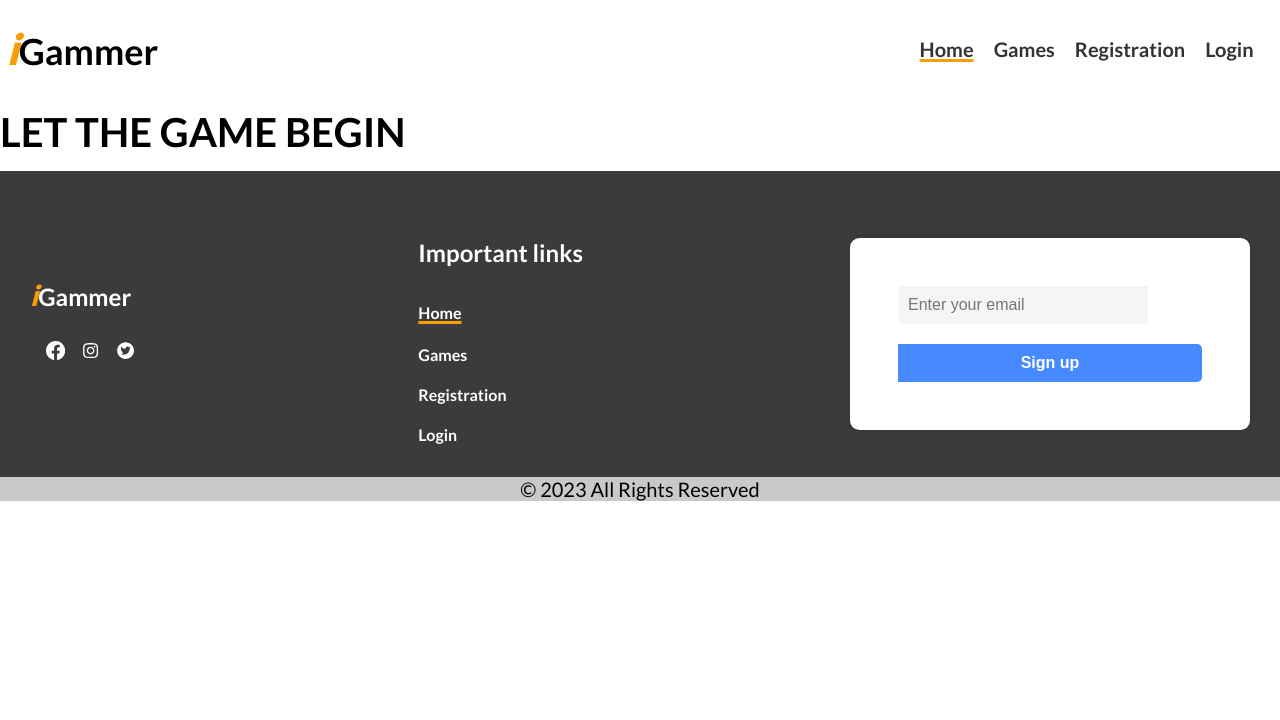
Repository: DannyMyles/iGammer
Page: /
An editor plug-in stored every save of this project. The page is shown before and after the next save, followed by the edit.
The browser window is 1280 px wide. The pictures show the whole page.
The project was rebuilt for these pictures with package versions that can differ from the ones it lists, and the page was loaded fresh each time. Also part of the build but not shown: src/pages/games/games.css, src/pages/games/Games.tsx, src/pages/home/home.css, src/pages/login/Login.tsx, src/pages/playgame/playgame.css, src/pages/playgame/PlayGame.tsx, src/pages/register/register.css, src/pages/register/Register.tsx.

Above is the page before, as saved 2023-03-16 13:20:15.

### public/index.html
<!DOCTYPE html>
<html lang="en">
  <head>
    <meta charset="utf-8" />
    <link rel="icon" href="%PUBLIC_URL%/favicon.ico" />
    <meta name="viewport" content="width=device-width, initial-scale=1" />
    <meta name="theme-color" content="#000000" />
    <meta
      name="description"
      content="Web site created using create-react-app"
    />
    <link rel="apple-touch-icon" href="%PUBLIC_URL%/logo192.png" />

    <link rel="manifest" href="%PUBLIC_URL%/manifest.json" />
    <title>iGammer</title>
  </head>
  <body>
    <div id="root"></div>
  </body>
</html>

### src/index.tsx
import React from "react";
import ReactDOM from "react-dom/client";
import "./index.css";
import App from "./App";
import { BrowserRouter } from "react-router-dom";
const root = ReactDOM.createRoot(
  document.getElementById("root") as HTMLElement
);
root.render(
  <React.StrictMode>
    <BrowserRouter>
      <App />
    </BrowserRouter>
  </React.StrictMode>
);

### src/index.css
@import url('https://fonts.googleapis.com/css2?family=Lato:wght@100;300;400;700;900&display=swap');
* {
	box-sizing: border-box;

}
body {
	margin: 0;
	padding: 0;
	/* background: linear-gradient(#bdc3c7 → #2c3e50); */
	background: linear-gradient(142deg, rgba(0,44,196,1) 5%, rgba(0,180,169,1) 97%)
	align-items: center;
	flex-direction: column;
	font-family: 'Lato', sans-serif;
	line-height: 1.5rem;
	font-size: 20px;
}
.i-word{
	font-style: italic;
	font-size: larger;
	font-weight: 900;
	color: rgb(247, 158, 4);
  }

### src/App.tsx
import { Route, Routes } from "react-router-dom";
import Games from "./pages/games/Games";
import Home from "./pages/home/Home";
import Login from "./pages/login/Login";
import PlayGame from "./pages/playgame/PlayGame";
import Register from "./pages/register/Register";

function App() {
  const handleRegistration = (
    firstName: string,
    lastName: string,
    email: string,
    password: string
  ) => {
    // Handle registration logic here
    console.log(firstName, lastName, email, password);
  };

  const handleSubmit = (email: string, password: string) => {
    // Handle login logic here
    console.log("Email:", email);
    console.log("Password:", password);
  };

  return (
    <Routes>
      <Route path="/" element={<Home />} />
      <Route path="/games" element={<Games />} />
      <Route path="/play" element={<PlayGame />} />
      <Route path="/login" element={<Login onSubmit={handleSubmit} />} />
      <Route
        path="/registration"
        element={<Register onSubmit={handleRegistration} />}
      />
    </Routes>
  );
}

export default App;

### src/pages/home/Home.tsx
import Footer from "../../components/footer/Footer"
import Navbar from "../../components/navbar/Navbar"
import "./home.css"

const Home = () => {
  return (
    <>
      <Navbar />
      <div className="main-home">
      <h1>LET THE GAME BEGIN</h1>
      </div>
      <Footer />
    </>
  )
}

export default Home

### src/components/footer/Footer.tsx
/* eslint-disable jsx-a11y/anchor-is-valid */
import "./footer.css";
import { BsFacebook } from "react-icons/bs";
import { AiOutlineInstagram,AiFillTwitterCircle } from "react-icons/ai";
import { NavLink } from "react-router-dom";
const Footer = () => {
  return (
    <>
      <footer className="footer">
        <div className="logo-side">
          <div className="logo"><span className="i-word">i</span>Gammer</div>
          <div className="social-media">
            <a href="#"> <BsFacebook /></a>
            <a href="#"> <AiOutlineInstagram /> </a>
            <a href="#"><AiFillTwitterCircle/> </a>
          </div>
        </div>
        <div className="important-links">
          <h2>Important links</h2>
          <NavLink to="/" className="nav-link"> Home </NavLink>
          <NavLink to="/games" className="nav-link"> Games </NavLink>
          <NavLink to="/registration" className="nav-link"> Registration </NavLink>
          <NavLink to="/login" className="nav-link"> Login </NavLink>
        </div>
        <div className="signup-footer">
          <form>
            <input type="email" placeholder="Enter your email" />
            <button type="submit">Sign up</button>
          </form>
        </div>
      </footer>
      <div className="copyright">© 2023 All Rights Reserved</div>
    </>
  );
};

export default Footer;

### src/components/navbar/Navbar.tsx
import "./navbar.css";
import { NavLink } from "react-router-dom";

const Navbar = () => {
  return (
    <nav className="nav">
      <div className="main-nav">
        <div className="logo">
          <h1><span className="i-word">i</span>Gammer</h1>
        </div>
        <div className="links">
          <ul className="nav-list">
            <li>
              <NavLink to="/"  className="nav-link">
                Home
              </NavLink>
            </li>
            <li>
              <NavLink to="/games" className="nav-link">
                Games
              </NavLink>
            </li>
            <li>
              <NavLink to="/registration" className="nav-link">
                Registration
              </NavLink>
            </li>
            <li>
              <NavLink to="/login" className="nav-link">
                Login
              </NavLink>
            </li>
          </ul>
        </div>
      </div>
    </nav>
  );
};

export default Navbar;

### src/pages/login/login.css
.login-container {
    display: flex;
    justify-content: center;
    align-items: center;
    height: 100vh;
    background-color: #f2f2f2;
  }
  .login-form h2 {
    margin-bottom: 20px;
    margin-top: 0;
  }
  form {
    display: flex;
    flex-direction: column;
    text-align: left;
    width: 400px;
    padding: 3rem;
    background-color: white;
    border-radius:.6rem;
    box-shadow: 0px 0px 10px rgba(0, 0, 0, 0.1);
}

  label {
    margin-bottom: .5rem;
    font-weight: bold;
    font-size: 1.2rem;
    text-align: left;
  }

  input {
    width: 100%;
    padding: 10px;
    margin-bottom: 20px;
    border-radius: 5px;
    border: none;
    background-color: #f5f5f5;
    font-size: 16px;
  }
  input:focus{
    outline: rgb(253, 252, 252);
    border:1px solid #bebcbc;
  }

  button {
    width: 100%;
    padding: 10px;
    border-radius: 5px;
    border: none;
    background-color: #0077cc;
    color: white;
    font-size: 16px;
    font-weight: bold;
    cursor: pointer;
  }

  button:hover {
    background-color: #0066b3;
  }

### src/components/footer/footer.css
/* Footer styles */
.footer {
    background-color: #3b3b3b;
    color: #fff;
    padding: 30px;
    display: flex;
    flex-wrap: wrap;
    justify-content: space-between;
    font-size: 16px;
    align-items: center;
  }

  .logo-side {
    display: flex;
    flex-direction: column;
    flex-wrap: wrap;
    align-items: center;
    gap: 2rem;
  }

  .logo {
    font-weight: bold;
    font-size: 24px;
    margin-right: 20px;
  }

  .social-media {
    display: flex;
    gap: 1rem;
  }

  .social-media a {
    color: #fff;
    font-size: larger;
  }

  .important-links {
    display: flex;
    flex-direction: column;
    margin-top: 20px;
    gap: 1rem;
  }

  .important-links a {
    color: #fff;
    margin-right: 20px;
    text-decoration: none;
  }

  .signup-footer {
    margin-top: 20px;
    display: flex;
    flex-wrap: wrap;
    align-items: center;
  }

  .signup-footer input[type="email"] {
    padding: 10px;
    border: none;
    border-radius: 5px 0 0 5px;
    width: 250px;
    margin-right: -5px;
  }

  .signup-footer button[type="submit"] {
    background-color: #478aff;
    color: #fff;
    border: none;
    padding: 10px;
    border-radius: 0 5px 5px 0;
    cursor: pointer;
  }
  .copyright{
    background-color: #c8c9c9;
    text-align: center;
  }
  /* Media query for small screens */
  @media (max-width: 768px) {
    .footer {
      flex-direction: column;
      align-items: center;
    }

    .logo-side, .important-links, .signup-footer {
      margin-top: 20px;
    }

    .signup-footer input[type="email"] {
      width: 100%;
      margin-right: 0;
      margin-bottom: 10px;
    }
  }

### src/components/navbar/navbar.css
.main-nav{
    display: flex;
    justify-content: space-between;
    align-items: center;
    margin: .4rem;
}
.nav-list {
  display: flex;
  list-style: none;
  margin: 0;
  padding: 0;
  color: rgb(247, 158, 4);
}
.nav-link {
  color: #333;
  display: block;
  font-weight: bold;
  margin-right: 20px;
  text-decoration: none;
}

.nav-link.active {
  font-weight: bold;
  padding: 0 0 2px;
  text-decoration: 3px underline rgb(247, 158, 4);
}

After the next save:
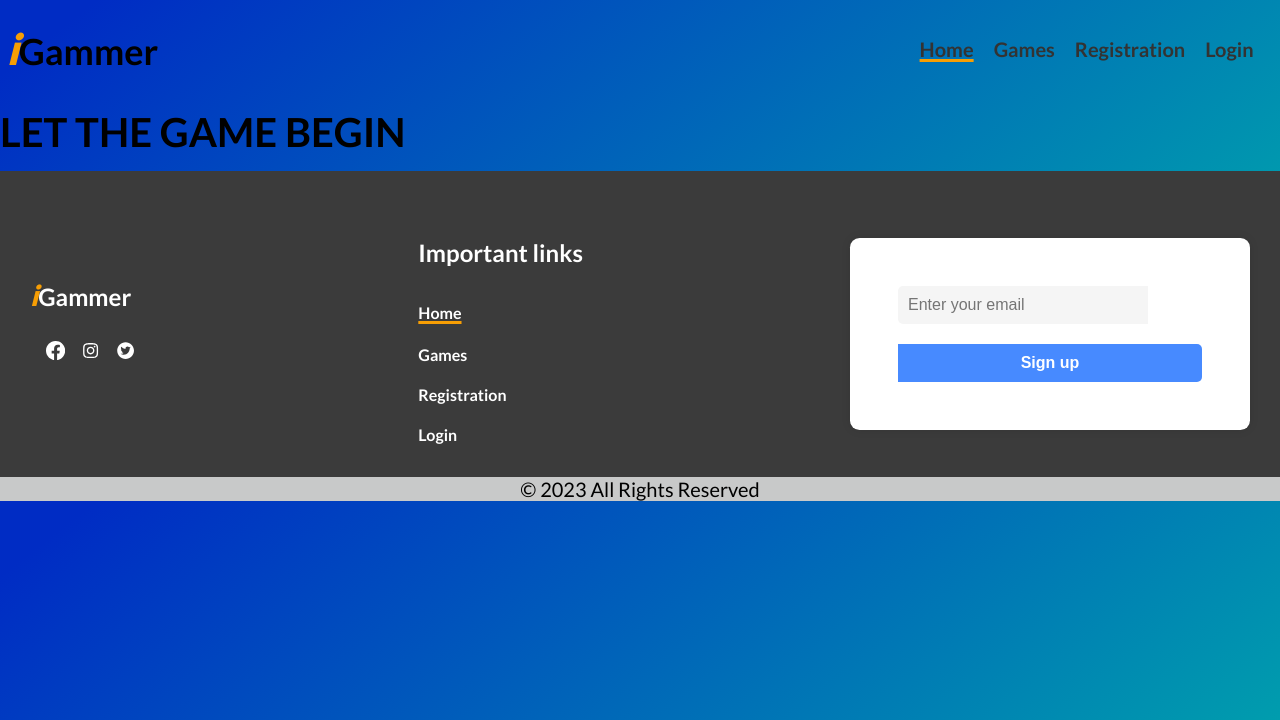
Saved 4 s later.
--- a/src/index.css
+++ b/src/index.css
@@ -7,7 +7,7 @@ body {
 	margin: 0;
 	padding: 0;
 	/* background: linear-gradient(#bdc3c7 → #2c3e50); */
-	background: linear-gradient(142deg, rgba(0,44,196,1) 5%, rgba(0,180,169,1) 97%)
+	background: linear-gradient(142deg, rgba(0,44,196,1) 5%, rgba(0,180,169,1) 97%);
 	align-items: center;
 	flex-direction: column;
 	font-family: 'Lato', sans-serif;
